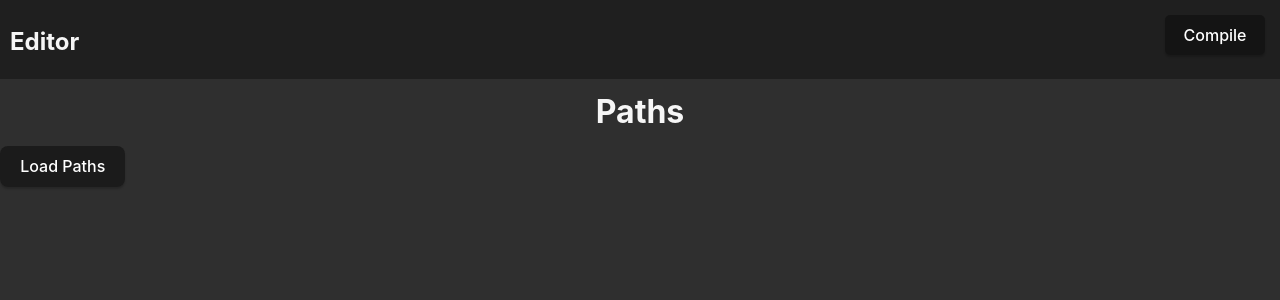
Repository: toasted226/visual-scripting-js
Page: /
The author's editor kept a copy of each file at every save. The page is drawn from the files as they stood at one save, then again after the next save.
The browser window is 1280 px wide. The pictures show the whole page.
The project was rebuilt for these pictures with package versions that can differ from the ones it lists, and the page was loaded fresh each time. Also part of the build but not shown: vite.config.ts.

Above is the page before, as saved 2023-06-12 19:06:27.

### index.html
<!DOCTYPE html>
<html lang="en">
  <head>
    <meta charset="UTF-8" />
    <link rel="icon" type="image/svg+xml" href="/vite.svg" />
    <meta name="viewport" content="width=device-width, initial-scale=1.0" />
    <title>Visual Scripting for JavaScript</title>
  </head>

  <body>
    <div id="root"></div>
    <script type="module" src="/src/main.tsx"></script>
  </body>
</html>

### src/App.tsx
import { invoke } from "@tauri-apps/api/tauri";
import { useState } from "react";
import "./App.css";
import Navbar from "./Navbar";

function App() {
    const [paths, setPaths] = useState<string[]>([]);

    // Do not run this function every rendering frame, will freeze the app!
    function load_paths() {
        invoke("enumerate_files", { dir: "C:/Users/keaga/OneDrive/Documents" })
            .then((res) => {
                setPaths(res as string[]);
            })
            .catch((err) => {
                console.error(err);
            });
    }

    return (
        <div className="container">
            <Navbar />
            <div className="content">
                <h1>Paths</h1>
                {/* TODO: We need to have some sort of native menu option to select a directory */}
                <button onClick={load_paths}>Load Paths</button>
                {paths.map((path) => {
                    return <p>{path}</p>
                })}
            </div>
        </div>
    );
}

export default App;

### src/styles.css
:root {
    --dark: #2f2f2f;
    --light: #f6f6f6;

    font-family: Inter, Avenir, Helvetica, Arial, sans-serif;
    font-size: 16px;
    line-height: 24px;
    font-weight: 400;

    color: #f6f6f6;
    background-color: #2f2f2f;

    font-synthesis: none;
    text-rendering: optimizeLegibility;
    -webkit-font-smoothing: antialiased;
    -moz-osx-font-smoothing: grayscale;
    -webkit-text-size-adjust: 100%;
}

/* width */
::-webkit-scrollbar {
    width: 10px;
}

/* Track */
::-webkit-scrollbar-track {
    background: #1f1f1f;
}

/* Handle */
::-webkit-scrollbar-thumb {
    background: #3f3f3f;
}

/* Handle on hover */
::-webkit-scrollbar-thumb:hover {
    background: #555;
}

.row {
    display: flex;
    justify-content: center;
}

a {
    font-weight: 500;
    color: #646cff;
    text-decoration: inherit;
}

a:hover {
    color: #535bf2;
}

h1 {
    text-align: center;
}

input,
button {
    border-radius: 8px;
    border: 1px solid transparent;
    padding: 0.6em 1.2em;
    font-size: 1em;
    font-weight: 500;
    font-family: inherit;
    transition: border-color 0.25s;
    box-shadow: 0 2px 2px rgba(0, 0, 0, 0.2);
    outline: none;
    color: #ffffff;
    background-color: #0f0f0f98;
}

button {
    cursor: pointer;
}

button:hover {
    border-color: #ffffff;
}

button:active {
    background-color: #0f0f0f69;
}

### src/Navbar.tsx
import { invoke } from "@tauri-apps/api/tauri";
import "./Navbar.css";

function Navbar() {
    return (
        <nav className="navbar">
            <h1>Editor</h1>
            <button className="compile-btn">Compile</button>
        </nav>
    );
}

export default Navbar;

### src/Navbar.css
.navbar {
    background-color: #1f1f1f;
    margin: 0;
    padding: 10px 10px 5px 10px;
    display: flex;
    justify-content: space-between;
}

.compile-btn {
    color: white;
    border-radius: 5px;
    padding: 5px;
    margin: 5px;
    width: 100px;
    height: 40px;
}

.compile-btn:hover {
    background-color: #1f1f1f;
    border: 1px solid white;
}

Loaded but not shown: src/main.tsx (common file); src/App.css (common file)

After the next save:
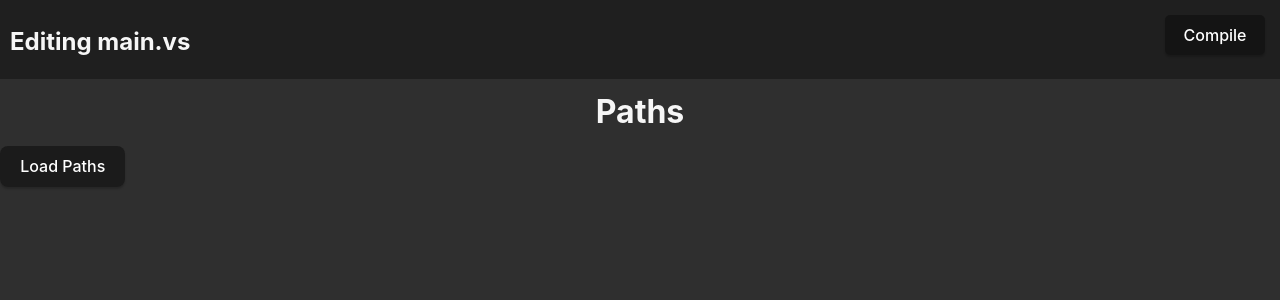
Saved 21 s later.
--- a/src/Navbar.tsx
+++ b/src/Navbar.tsx
@@ -4,7 +4,7 @@ import "./Navbar.css";
 function Navbar() {
     return (
         <nav className="navbar">
-            <h1>Editor</h1>
+            <h1>Editing main.vs</h1>
             <button className="compile-btn">Compile</button>
         </nav>
     );
